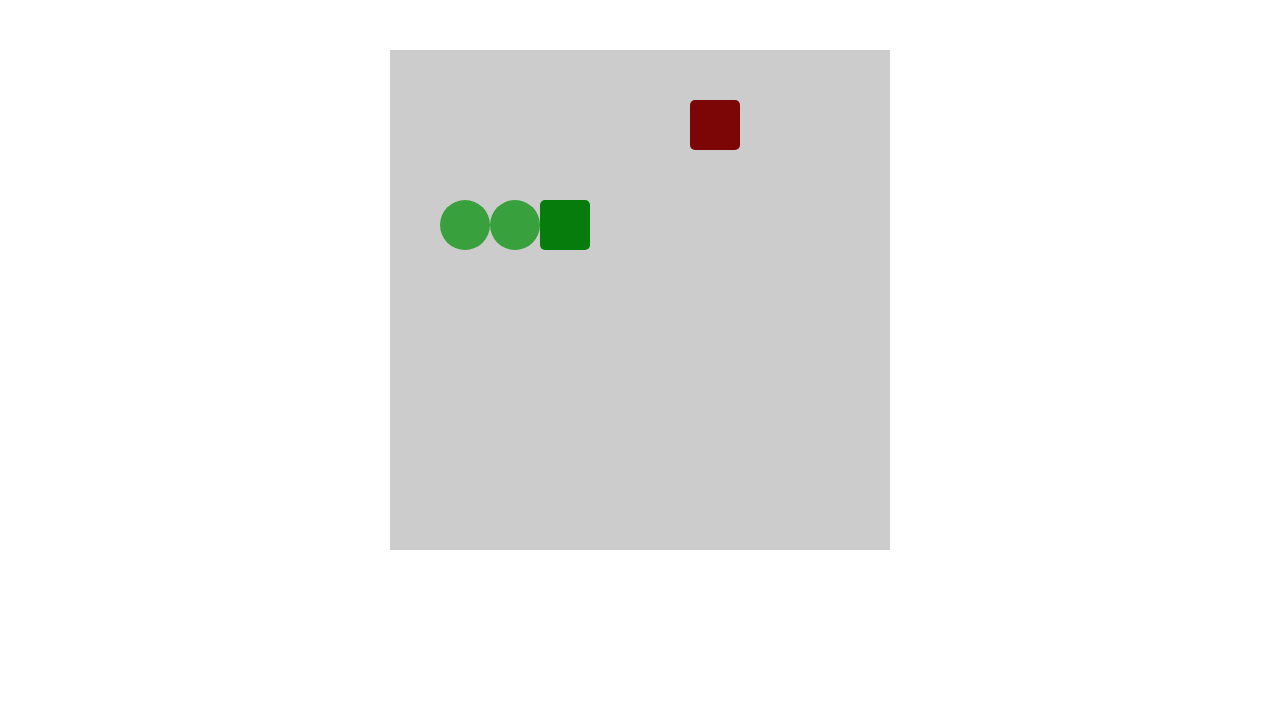
Repository: elvinyeka/SnakeGame
Page: index.html
An editor plug-in stored every save of this project. The page is shown before and after the next save, followed by the edit.
The browser window is 1280 px wide. The pictures show the whole page.

Above is the page before, as saved 2020-11-07 23:29:02.

After the next save:
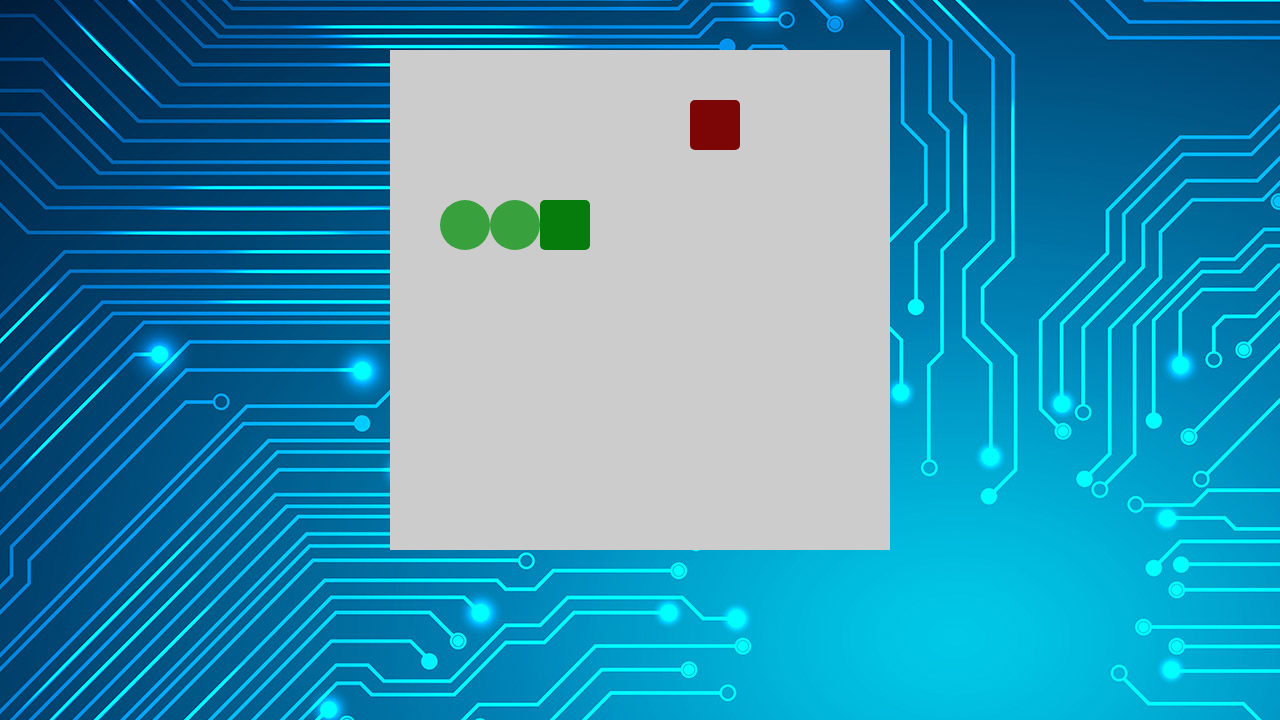
Saved 4 min 46 s later.
--- a/css/style.css
+++ b/css/style.css
@@ -4,6 +4,7 @@
 
 body {
     margin: 50px;
+    background-image: url(../img/bg-digital.jpg);
 }
 
 .ground {
